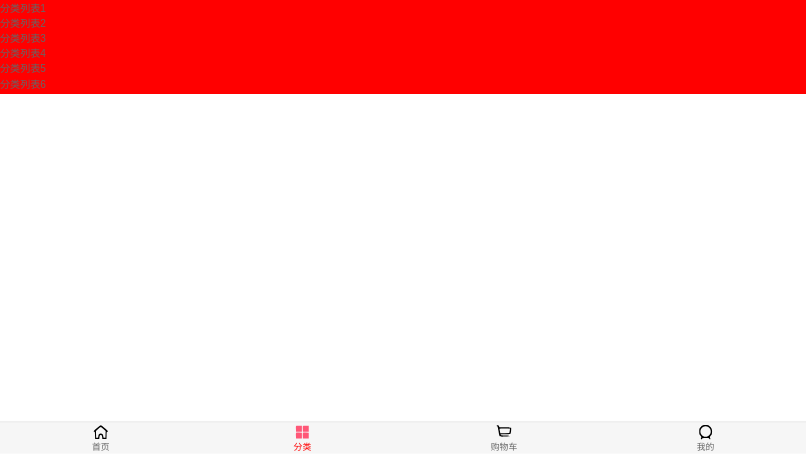
Repository: pumbaaWen/testmall
Page: /category
An editor plug-in stored every save of this project. The page is shown before and after the next save, followed by the edit.
The browser window is 1280 px wide. The pictures show the whole page, at 63% of full size.
The project was rebuilt for these pictures with package versions that can differ from the ones it lists, and the page was loaded fresh each time.

Above is the page before, as saved 2021-10-27 11:10:08.

After the next save:
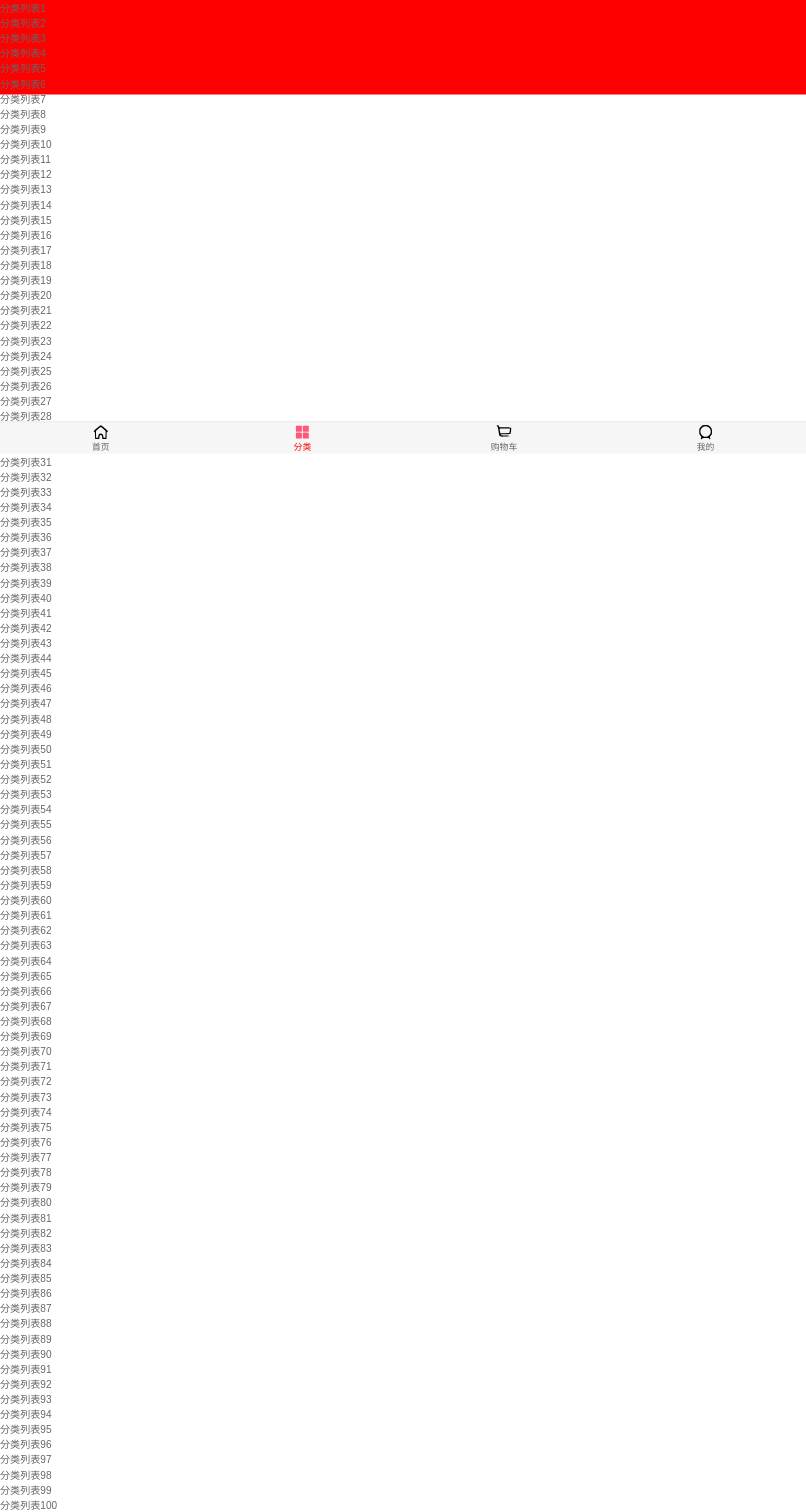
Saved 61 s later.
--- a/src/views/category/Category.vue
+++ b/src/views/category/Category.vue
@@ -127,6 +127,5 @@ export default {
   .content {
     height: 150px;
     background: red;
-    overflow-y: scroll;
   }
 </style>
